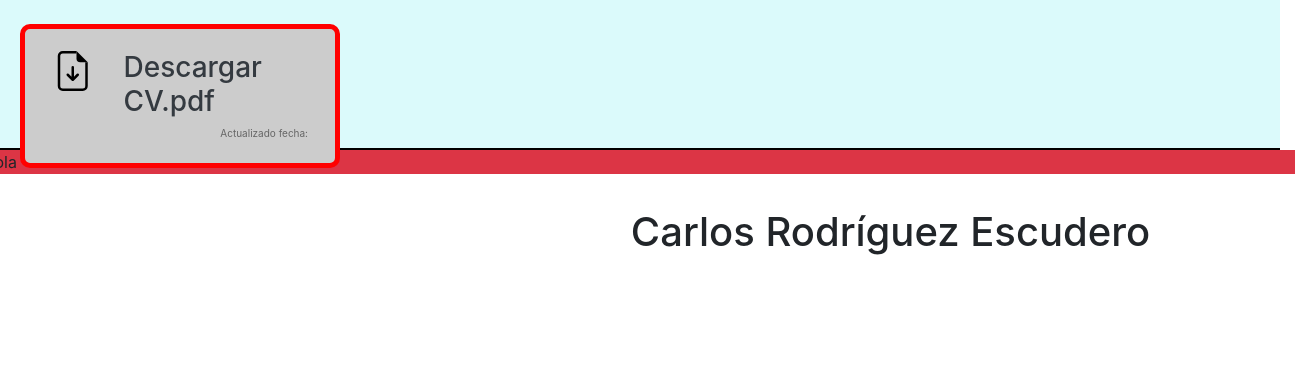
Repository: CarlosRoEs/CarlosWebCV
Page: index.html
These files come from the project's save history. The page is drawn as it stood at one moment and after the next save; the edit follows.
The browser window is 1280 px wide. The page is 1295 px wide, so the pictures cover 1295 px, including what lies to the right of the window. The pictures show the whole page.
The style sheet was rebuilt from its Sass, Less or Tailwind sources for each picture, by a compiler version that may differ from the author's.

Above is the page before, as saved 2020-09-15 16:04:05.
Console error: ReferenceError: $ is not defined

After the next save:
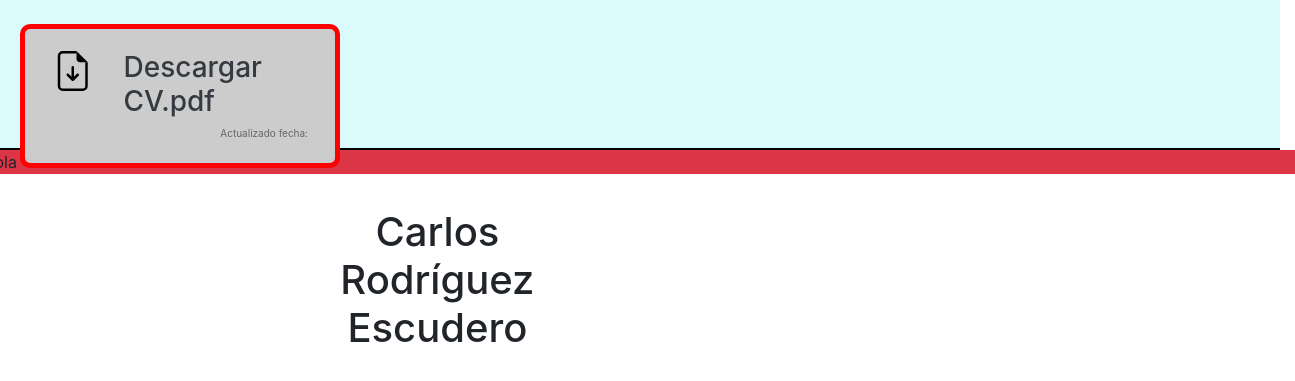
Saved 7 s later.
--- a/index.html
+++ b/index.html
@@ -29,7 +29,7 @@
 
 
                             <!-- </a> -->
-                    <div class="col d-flex justify-content-center mt-4">
+                    <div class="col-6 d-flex justify-content-center mt-4">
                         <h1 class="mt-3 mr-5 align-items-center">Carlos Rodríguez Escudero</h1>
                     </div>
                 </div>
